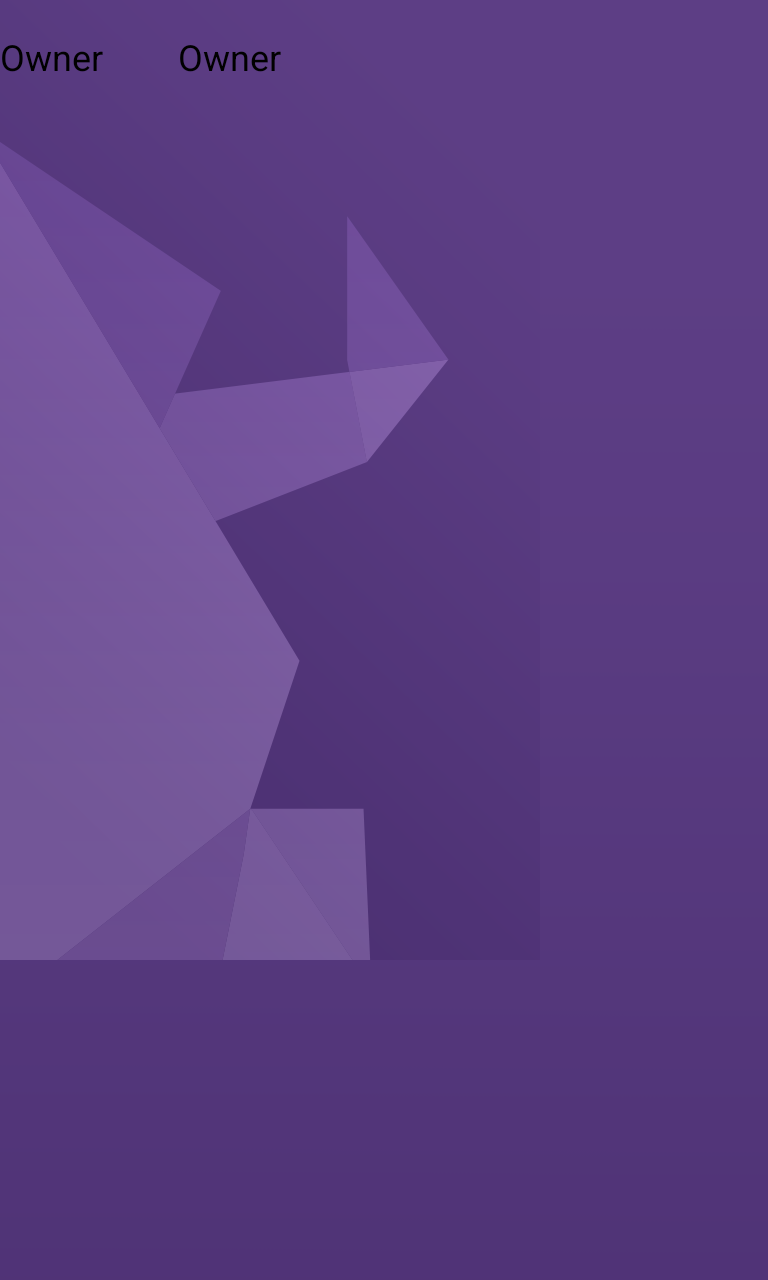
Repository: walteranyika/personal
Layout: PikiPiki/res/layout/activity_details.xml
An editor plug-in stored every save of this project. The layout is shown before and after the next save, followed by the edit.
It is drawn on a 768 x 1280 px phone screen (xhdpi) without system bars, with theme AppTheme; the app's code is not run.

Above is the layout before, as saved 2015-11-06 07:15:18.

### PikiPiki/res/layout/activity_details.xml
<RelativeLayout xmlns:android="http://schemas.android.com/apk/res/android"
    xmlns:tools="http://schemas.android.com/tools"
    android:layout_width="match_parent"
    android:layout_height="match_parent"
    tools:context=".DetailsActivity"
    android:background="@drawable/background_fill" >

    <ImageView
        android:id="@+id/imageView1"
        android:layout_width="wrap_content"
        android:layout_height="match_parent"
        android:layout_alignParentLeft="true"
        android:layout_alignParentTop="true"
        android:scaleType="fitStart"
        android:contentDescription="@string/background_image"
        android:src="@drawable/background" />
    <LinearLayout
        android:id="@+id/linearLayout1"
        android:layout_width="fill_parent"
        android:layout_height="wrap_content"
        android:layout_marginTop="16dp" >

        <TextView
            android:id="@+id/textView2"
            android:layout_width="89dp"
            android:layout_height="wrap_content"
            android:text="@string/owner"
            android:textAppearance="?android:attr/textAppearanceMedium" />

        <TextView
            android:id="@+id/textViewOwnerName"
            android:layout_width="0dp"
            android:layout_height="wrap_content"
            android:layout_weight="0.80"
            android:text="@string/owner"
            android:textAppearance="?android:attr/textAppearanceMedium" />
    </LinearLayout>


</RelativeLayout>

### PikiPiki/res/values/themes_apptheme.xml
<?xml version="1.0" encoding="utf-8"?>

<!-- Generated with http://android-holo-colors.com -->
<resources xmlns:android="http://schemas.android.com/apk/res/android">

  <style name="AppTheme" parent="@style/_AppTheme"/>

  <style name="_AppTheme" parent="android:Theme.Holo.Light">

    <item name="android:editTextBackground">@drawable/apptheme_edit_text_holo_light</item>

    <item name="android:buttonStyle">@style/ButtonAppTheme</item>

    <item name="android:imageButtonStyle">@style/ImageButtonAppTheme</item>

  </style>

</resources>

### PikiPiki/res/values/styles_apptheme.xml
<?xml version="1.0" encoding="utf-8"?>

<!-- Generated with http://android-holo-colors.com -->
<resources xmlns:android="http://schemas.android.com/apk/res/android">

  <style name="ButtonAppTheme" parent="android:Widget.Holo.Light.Button">
	  <item name="android:background">@drawable/apptheme_btn_default_holo_light</item>
  </style>

  <style name="ImageButtonAppTheme" parent="android:Widget.Holo.Light.ImageButton">
	  <item name="android:background">@drawable/apptheme_btn_default_holo_light</item>
  </style>

</resources>

### PikiPiki/res/drawable/apptheme_btn_default_holo_light.xml
<?xml version="1.0" encoding="utf-8"?>

<selector xmlns:android="http://schemas.android.com/apk/res/android">
    <item android:state_window_focused="false" android:state_enabled="true"
        android:drawable="@drawable/apptheme_btn_default_normal_holo_light" />
    <item android:state_window_focused="false" android:state_enabled="false"
        android:drawable="@drawable/apptheme_btn_default_disabled_holo_light" />
    <item android:state_pressed="true"
        android:drawable="@drawable/apptheme_btn_default_pressed_holo_light" />
    <item android:state_focused="true" android:state_enabled="true"
        android:drawable="@drawable/apptheme_btn_default_focused_holo_light" />
    <item android:state_enabled="true"
        android:drawable="@drawable/apptheme_btn_default_normal_holo_light" />
    <item android:state_focused="true"
        android:drawable="@drawable/apptheme_btn_default_disabled_focused_holo_light" />
    <item
         android:drawable="@drawable/apptheme_btn_default_disabled_holo_light" />
</selector>

### PikiPiki/res/values/strings.xml
<?xml version="1.0" encoding="utf-8"?>
<resources>

    <string name="app_name">PikiPiki</string>
    <string name="action_settings">Settings</string>
    <string name="motorbike">Motor Bike</string>
    <string name="sync">Sync</string>
    <string name="phone">Phone</string>
    <string name="_0734567843">Phone</string>
    <string name="area">Area</string>
    <string name="reg_date">Reg Date</string>
    <string name="driver_id">Driver Id</string>
    <string name="driver">Driver</string>
    <string name="owner">Owner</string>
    <string name="owner_id">Owner Id</string>
    <string name="search">Search</string>
    <string name="bike_reg_number">Bike Reg Number</string>
    <string name="back_ground_image">Back Ground Image</string>
    <string name="title_activity_details">DetailsActivity</string>
    <string name="hello_world">Hello world!</string>
    <string name="background_image">Background Image</string>

</resources>

Loaded but not shown: PikiPiki/res/values/styles.xml (common file); PikiPiki/res/drawable/apptheme_edit_text_holo_light.xml (common file); PikiPiki/res/values-v11/styles.xml (common file); PikiPiki/res/values-v14/styles.xml (common file)

After the next save:
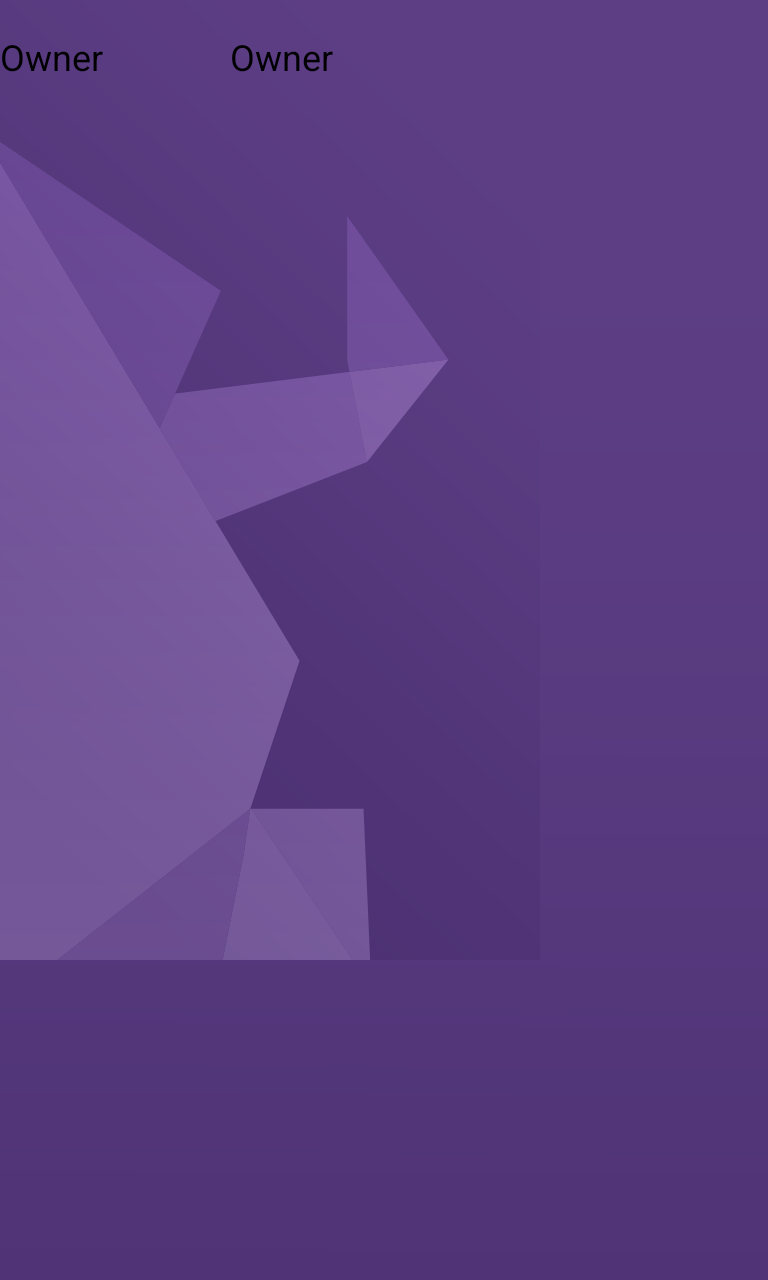
Saved 52 s later.
--- a/PikiPiki/res/layout/activity_details.xml
+++ b/PikiPiki/res/layout/activity_details.xml
@@ -22,7 +22,8 @@
 
         <TextView
             android:id="@+id/textView2"
-            android:layout_width="89dp"
+            android:layout_width="0dp"
+            android:layout_weight="0.3"
             android:layout_height="wrap_content"
             android:text="@string/owner"
             android:textAppearance="?android:attr/textAppearanceMedium" />
@@ -31,7 +32,7 @@
             android:id="@+id/textViewOwnerName"
             android:layout_width="0dp"
             android:layout_height="wrap_content"
-            android:layout_weight="0.80"
+            android:layout_weight="0.7"
             android:text="@string/owner"
             android:textAppearance="?android:attr/textAppearanceMedium" />
     </LinearLayout>
